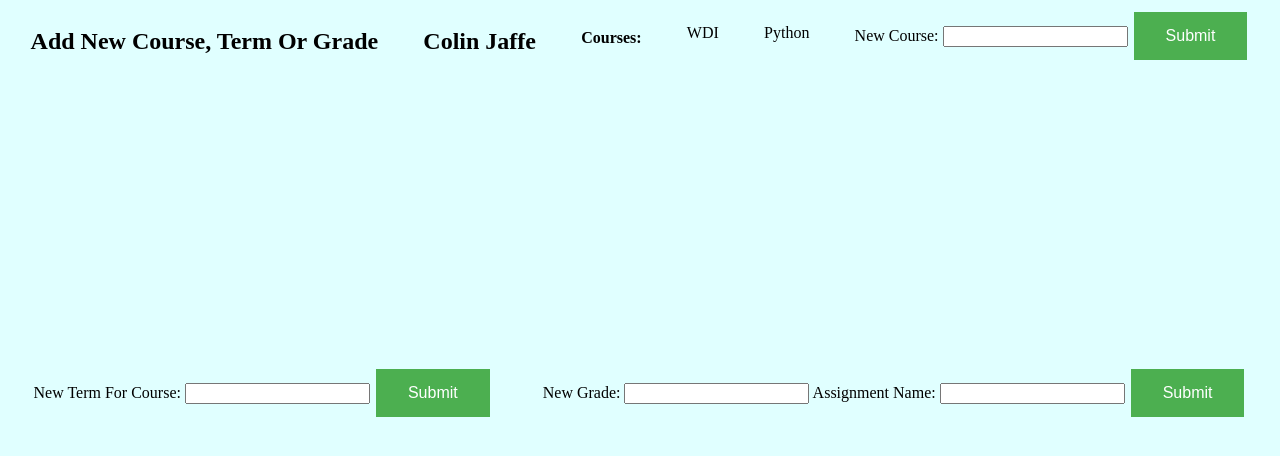
Repository: EdmontDantes/graderaide-ui
Page: add.html
These files come from the project's save history. The page is drawn as it stood at one moment and after the next save; the edit follows.
The browser window is 1280 px wide. The pictures show the whole page.

Above is the page before, as saved 2020-04-21 15:46:14.

### add.html
<html lang="en">
  <head>
    <title>Graderaide</title>
    <meta charset="UTF-8">
    <meta name="viewport" content="width=device-width, initial-scale=1">
    <link rel="stylesheet" type="text/css" href="style-add.css">
  </head>

  <body>
    <section class="app">
      <h1>Add New Course, Term Or Grade</h1>
      <h2>Colin Jaffe</h1>
      <h4>Courses:</h3>
      <p>WDI</p>
      <p>Python</p>
      <section>
        <label for="new-course">New Course:</label>
        <input type="text" name="new-course" class="new-course">
        <button type="submit" class="submit-new-course">Submit</button>
      </section>
      <section>
        <label for="new-term">New Term For Course:</label>
        <input type="text" name="new-term" class="new-term">
        <button type="submit" class="submit-new-term">Submit</button>
      </section>
      <section>
        <label for="new-grade">New Grade:</label>
        <input type="text" name="new-grade" class="new-grade">
        <label for="new-grade-assignment">Assignment Name:</label>
        <input type="text" name="new-grade-assignment" class="new-grade-assignment">
        <button type="submit" class="submit-new-grade-assignment">Submit</button>
      </section>
    </section>
  </body>
</html>

### style-add.css
@media (min-width: 601px) and (max-width: 1100px);
body {
    background-color: lightcyan;
    display: flex;
    flex-wrap: wrap;
    justify-content: center;
}

.app {
    display: flex;
    flex-direction: row;
    flex-wrap: wrap;
    justify-content: space-around;
}

#text-h1-creation-section {
    display: flex;
    flex-wrap: wrap;
    justify-content: center;
    font-size: 2em;
}

#new-student-input-options {
    display: flex;
    flex-wrap: wrap;
    flex-direction: row;
    justify-content: space-evenly;
}

.new-student-submit {
    display: flex;
    flex-wrap: wrap;
    justify-content: center;
}

.new-student-input {
    display: grid;

    background-color: lightgreen;
    border: 3px solid black;

}
button {
    background-color: #4CAF50; /* Green */
    border: none;
    color: white;
    padding: 15px 32px;
    text-align: center;
    text-decoration: none;
    display: inline-block;
    font-size: 16px;
    margin: 4px 2px;
    cursor: pointer;
}

.student-display {
    display: flex;
    justify-content: space-around;
    border: 3px dotted #BFC0C0;
    margin: 15px;
}

.student-info {
    display: flex;
    flex-direction: column;
    justify-content: space-evenly;
}

a {
    background-color: white;
    color: black;
    border: 5px solid #4CAF50;
    padding: 10px 20px;
    text-align: center;
    text-decoration: none;
    display: inline-block;
    font-size: 16px;
    margin-left: 20px;
}

After the next save:
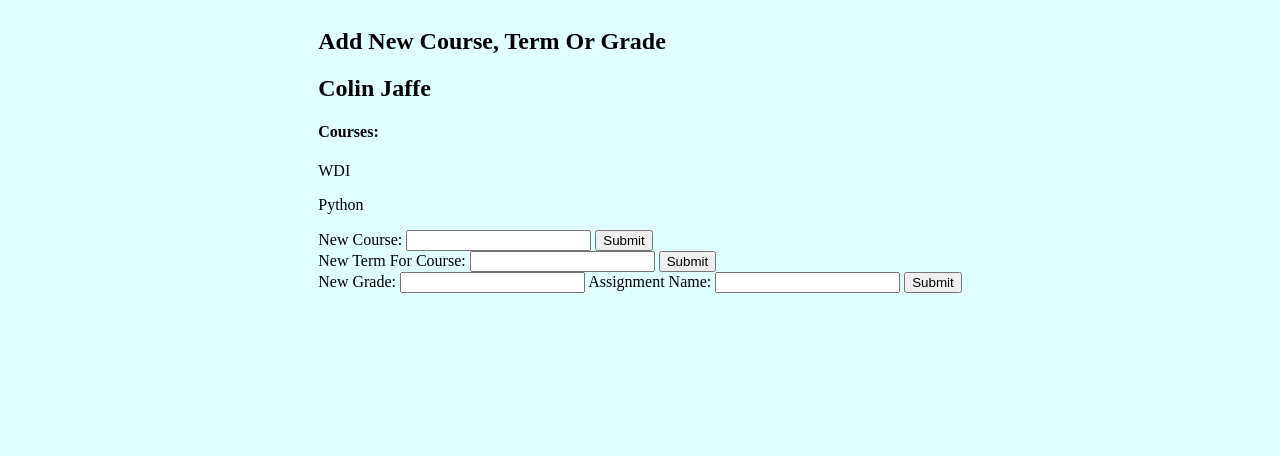
Saved 44 s later.
--- a/style-add.css
+++ b/style-add.css
@@ -5,75 +5,3 @@ body {
     flex-wrap: wrap;
     justify-content: center;
 }
-
-.app {
-    display: flex;
-    flex-direction: row;
-    flex-wrap: wrap;
-    justify-content: space-around;
-}
-
-#text-h1-creation-section {
-    display: flex;
-    flex-wrap: wrap;
-    justify-content: center;
-    font-size: 2em;
-}
-
-#new-student-input-options {
-    display: flex;
-    flex-wrap: wrap;
-    flex-direction: row;
-    justify-content: space-evenly;
-}
-
-.new-student-submit {
-    display: flex;
-    flex-wrap: wrap;
-    justify-content: center;
-}
-
-.new-student-input {
-    display: grid;
-
-    background-color: lightgreen;
-    border: 3px solid black;
-
-}
-button {
-    background-color: #4CAF50; /* Green */
-    border: none;
-    color: white;
-    padding: 15px 32px;
-    text-align: center;
-    text-decoration: none;
-    display: inline-block;
-    font-size: 16px;
-    margin: 4px 2px;
-    cursor: pointer;
-}
-
-.student-display {
-    display: flex;
-    justify-content: space-around;
-    border: 3px dotted #BFC0C0;
-    margin: 15px;
-}
-
-.student-info {
-    display: flex;
-    flex-direction: column;
-    justify-content: space-evenly;
-}
-
-a {
-    background-color: white;
-    color: black;
-    border: 5px solid #4CAF50;
-    padding: 10px 20px;
-    text-align: center;
-    text-decoration: none;
-    display: inline-block;
-    font-size: 16px;
-    margin-left: 20px;
-}
